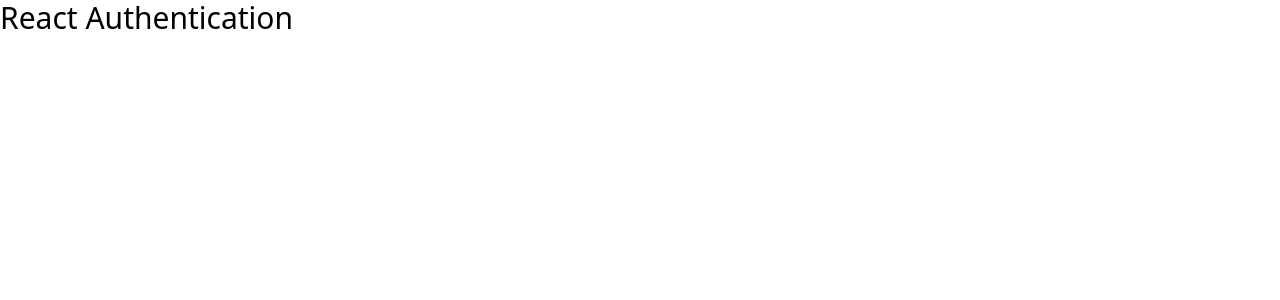
Repository: oderinde300/react-authentication-with-json-server
Page: /
The author's editor kept a copy of each file at every save. The page is drawn from the files as they stood at one save, then again after the next save.
The browser window is 1280 px wide. The pictures show the whole page.
The project was rebuilt for these pictures with package versions that can differ from the ones it lists, and the page was loaded fresh each time. Also part of the build but not shown: src/App.css.

Above is the page before, as saved 2023-03-22 11:29:49.

### src/App.js
import "./App.css";

function App() {
  return (
    <div>
      <h1 className="text-3xl">React Authentication</h1>
    </div>
  );
}

export default App;

Loaded but not shown: public/index.html (common file); src/index.js (common file); src/index.css (common file); src/reportWebVitals.js (common file); tailwind.config.js (common file)

After the next save:
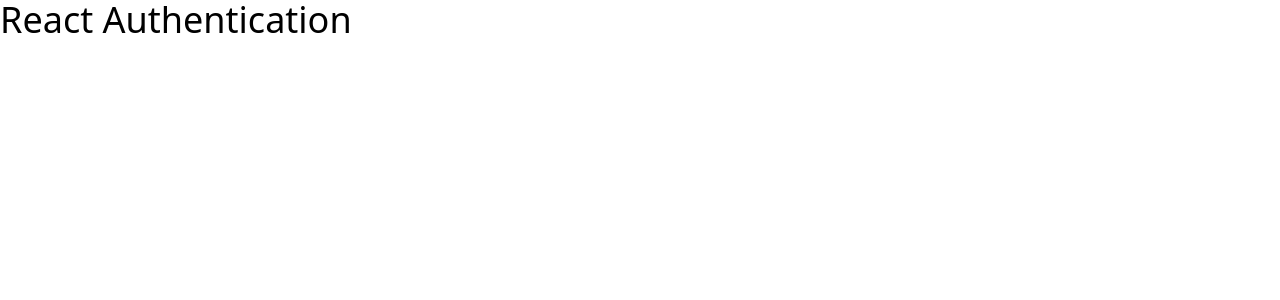
Saved 9 s later.
--- a/src/App.js
+++ b/src/App.js
@@ -3,7 +3,7 @@ import "./App.css";
 function App() {
   return (
     <div>
-      <h1 className="text-3xl">React Authentication</h1>
+      <h1 className="text-4xl">React Authentication</h1>
     </div>
   );
 }
